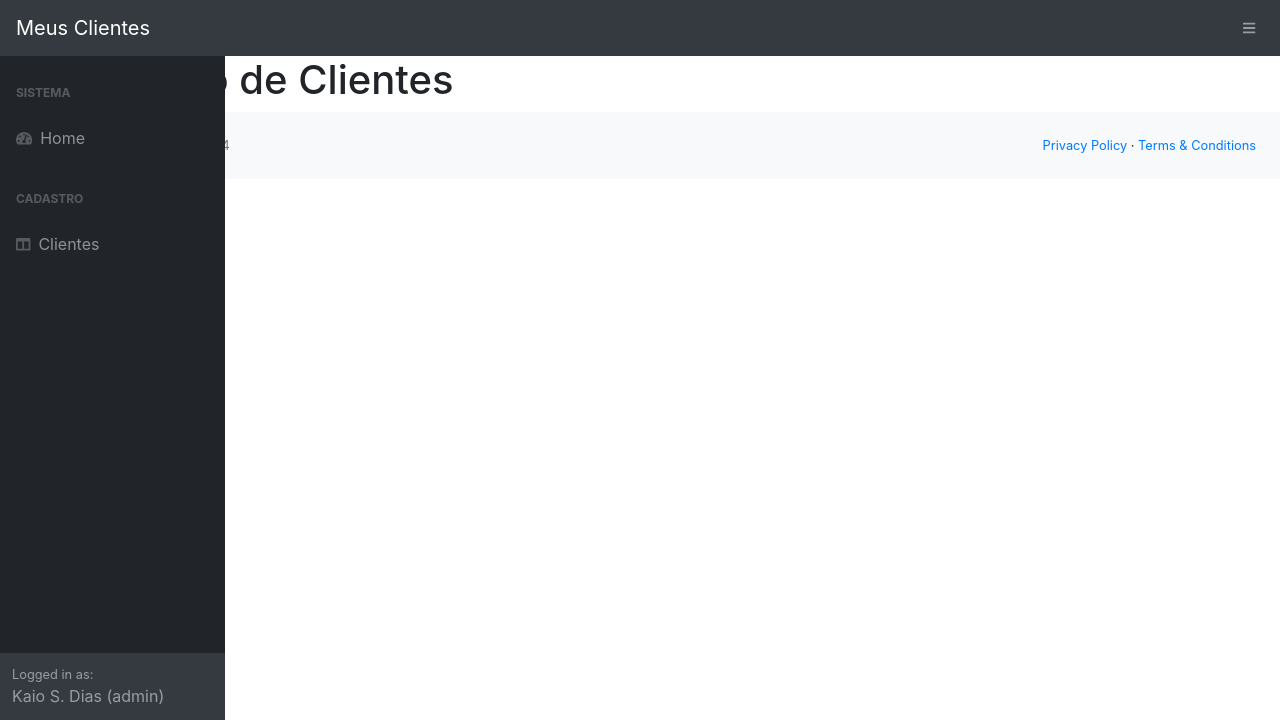
Repository: Kaio-Dias/Angular-Springboot
Page: /users-form (app in Frontend/clients-app/)
These files come from the project's save history. The page is drawn as it stood at one moment and after the next save; the edit follows.
The browser window is 1280 px wide. The pictures show the whole page.
Some web libraries are served in a nearby version. The project was rebuilt for these pictures with package versions that can differ from the ones it lists, and the page was loaded fresh each time. Also part of the build but not shown: Frontend/clients-app/angular.json, Frontend/clients-app/src/app/home/home.component.ts.

Above is the page before, as saved 2024-07-02 23:25:37.

### Frontend/clients-app/src/index.html
<!doctype html>
<html lang="en">
<head>
  <meta charset="utf-8">
  <title>ClientsApp</title>
  <base href="/">
  <meta name="viewport" content="width=device-width, initial-scale=1">
  <link rel="icon" type="image/x-icon" href="favicon.ico">
  <script src="https://cdnjs.cloudflare.com/ajax/libs/font-awesome/5.11.2/js/all.min.js" crossorigin="anonymous"></script>
</head>
<body class="sb-nav-fixed">
  <app-root></app-root>
</body>
</html>

### Frontend/clients-app/src/app/app.component.ts
import { Component } from '@angular/core';
import { RouterModule, RouterOutlet } from '@angular/router';
import { routes } from './app.routes';

import { HomeComponent } from './home/home.component';
import {TemplateModule} from './template/template.module';
import {UsersModule} from './users/users.module';

@Component({
  selector: 'app-root',
  standalone: true,
  imports: [
    RouterOutlet,
    HomeComponent,
    TemplateModule,
    UsersModule
  ],
  templateUrl: './app.component.html',
  styleUrls: ['./app.component.css']
})
export class AppComponent {
  title = 'clients-app';
}

### Frontend/clients-app/src/app/app.routes.ts
import { Routes } from '@angular/router';
import { UsersFormComponent } from './users/users-form/users-form.component';
import { HomeComponent } from './home/home.component';

export const routes: Routes = [
    { path: '', redirectTo: '/home', pathMatch: 'full' },
    { path: 'home', component: HomeComponent },
    { path: 'users-form', component: UsersFormComponent }
];

### Frontend/clients-app/src/app/app.component.html
<app-navbar></app-navbar>
<div id="layoutSidenav">
  <app-sidebar></app-sidebar>
  <div id="layoutSidenav_content">
    <main>
      <div class="container-fluid">
        <router-outlet></router-outlet>
      </div>
      <footer class="py-4 bg-light mt-auto">
        <div class="container-fluid">
            <div class="d-flex align-items-center justify-content-between small">
                <div class="text-muted">Copyright &copy; Client Manager 2024</div>
                <div>
                    <a href="#">Privacy Policy</a>
                    &middot;
                    <a href="#">Terms &amp; Conditions</a>
                </div>
            </div>
        </div>
    </footer>
    </main>
  </div>
</div>

### Frontend/clients-app/src/app/template/template.module.ts
import { NgModule } from '@angular/core';
import { CommonModule } from '@angular/common';
import { NavbarComponent } from './navbar/navbar.component';
import {SidebarComponent } from './sidebar/sidebar.component';
import { RouterModule } from '@angular/router';



@NgModule({
  declarations: [],
  imports: [
    CommonModule,
    RouterModule,
    NavbarComponent,
    SidebarComponent
  ],
  exports: [
    NavbarComponent,
    SidebarComponent
  ]
})
export class TemplateModule { }

### Frontend/clients-app/src/app/users/users.module.ts
import { NgModule } from '@angular/core';
import { CommonModule } from '@angular/common';

import { UsersRoutingModule } from './users-routing.module';
import { UsersFormComponent } from './users-form/users-form.component';


@NgModule({
  declarations: [],
  imports: [
    CommonModule,
    UsersRoutingModule,
    UsersFormComponent
  ],
  exports:[
    UsersFormComponent
  ]
})
export class UsersModule { }

### Frontend/clients-app/src/app/users/users-form/users-form.component.ts
import { Component } from '@angular/core';

@Component({
  selector: 'app-users-form',
  standalone: true,
  imports: [],
  templateUrl: './users-form.component.html',
  styleUrl: './users-form.component.css'
})
export class UsersFormComponent {

}

### Frontend/clients-app/src/app/template/navbar/navbar.component.ts
import { Component, AfterViewInit } from '@angular/core';

@Component({
  selector: 'app-navbar',
  standalone: true,
  imports: [],
  templateUrl: './navbar.component.html',
  styleUrl: './navbar.component.css'
})
export class NavbarComponent {

}

### Frontend/clients-app/src/app/users/users-routing.module.ts
import { NgModule } from '@angular/core';
import { RouterModule, Routes } from '@angular/router';
import { UsersFormComponent } from './users-form/users-form.component';

const routes: Routes = [
  { path: 'users-form', component: UsersFormComponent}
];

@NgModule({
  imports: [RouterModule.forChild(routes)],
  exports: [RouterModule]
})
export class UsersRoutingModule { }

### Frontend/clients-app/src/app/users/users-form/users-form.component.html
<h1>Formulario de Clientes</h1>

### Frontend/clients-app/src/app/template/navbar/navbar.component.html
<nav class="sb-topnav navbar navbar-extend navbar-dark bg-dark">
    <a class="navbar-brand" href="#">Meus Clientes</a>
    <button class="btn btn-link btn-sm order-1 order-lg-0" id="sidebarToggle">
        <i class="fas fa-bars"></i>
    </button>
</nav>

### Frontend/clients-app/src/app/template/sidebar/sidebar.component.html
<div id="layoutSidenav">
    <div id="layoutSidenav_nav">
        <nav class="sb-sidenav accordion sb-sidenav-dark" id="sidenavAccordion">
            <div class="sb-sidenav-menu">
                <div class="nav">
                    <div class="sb-sidenav-menu-heading">Sistema</div>
                    <a class="nav-link" href="/home"
                        ><div class="sb-nav-link-icon"><i class="fas fa-tachometer-alt"></i></div>
                        Home</a
                    >
                    <div class="sb-sidenav-menu-heading">Cadastro</div>
                    <a class="nav-link collapsed" href="/users-form" data-toggle="collapse" data-target="#collapseLayouts" aria-expanded="false" aria-controls="collapseLayouts"
                        ><div class="sb-nav-link-icon"><i class="fas fa-columns"></i></div>
                        Clientes
                    </a>
                    <div class="collapse" id="collapseLayouts" aria-labelledby="headingOne" data-parent="#sidenavAccordion">
                        <nav class="sb-sidenav-menu-nested nav"><a class="nav-link" href="layout-static.html">Static Navigation</a><a class="nav-link" href="layout-sidenav-light.html">Light Sidenav</a></nav>
                    </div>
                    </div>
                </div>
            <div class="sb-sidenav-footer">
                <div class="small">Logged in as:</div>
                Kaio S. Dias (admin)
            </div>
        </nav>
    </div>

Loaded but not shown: Frontend/clients-app/src/styles.css (library); Frontend/clients-app/src/main.ts (common file); Frontend/clients-app/src/app/app.config.ts (common file); Frontend/clients-app/src/app/app.component.css (library); Frontend/clients-app/src/app/template/sidebar/sidebar.component.ts (common file); Frontend/clients-app/src/app/template/navbar/navbar.component.css (no stored copy; drawn as an empty file); Frontend/clients-app/src/app/template/sidebar/sidebar.component.css (no stored copy; drawn as an empty file); Frontend/clients-app/src/app/users/users-form/users-form.component.css (no stored copy; drawn as an empty file)

After the next save:
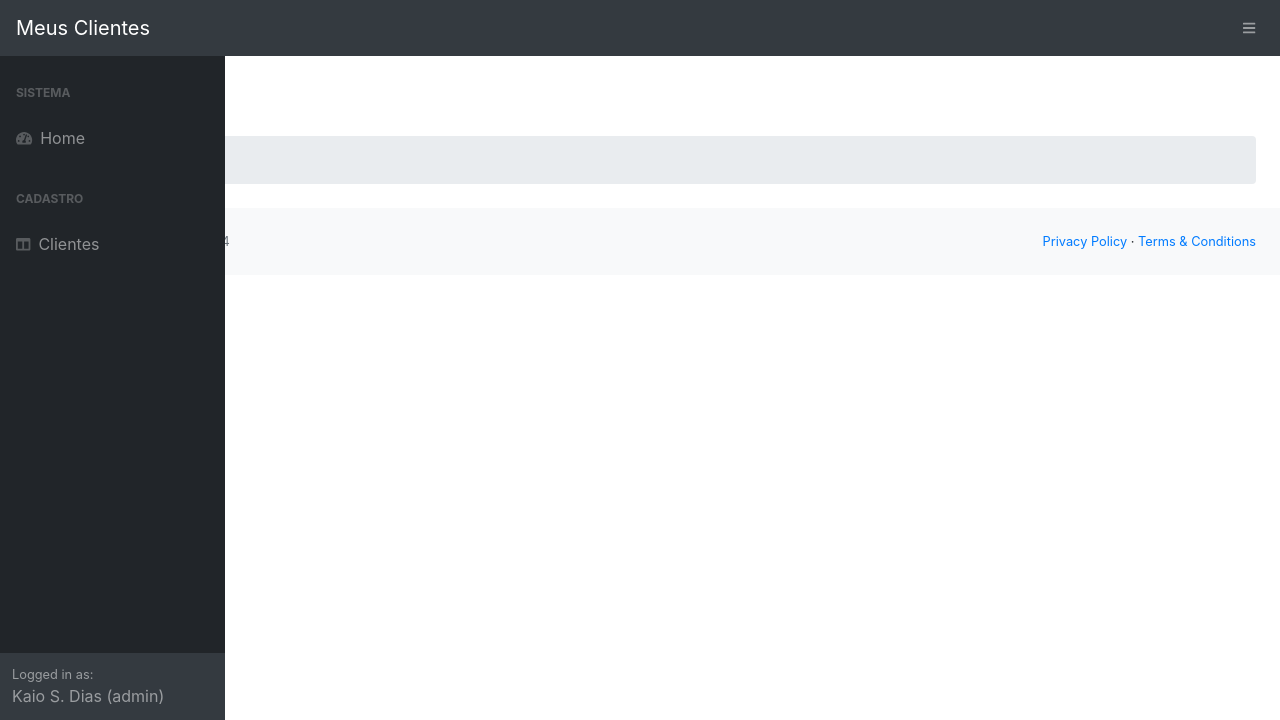
Saved 15 h 56 min later.
--- a/Frontend/clients-app/src/app/users/users-form/users-form.component.html
+++ b/Frontend/clients-app/src/app/users/users-form/users-form.component.html
@@ -1 +1,4 @@
-<h1>Formulario de Clientes</h1>
+<h1 class="mt-4">Home</h1>
+<ol class="breadcrumb mb-4">
+    <li class="breadcrumb-item active">Welcome, Stranger</li>
+</ol>
